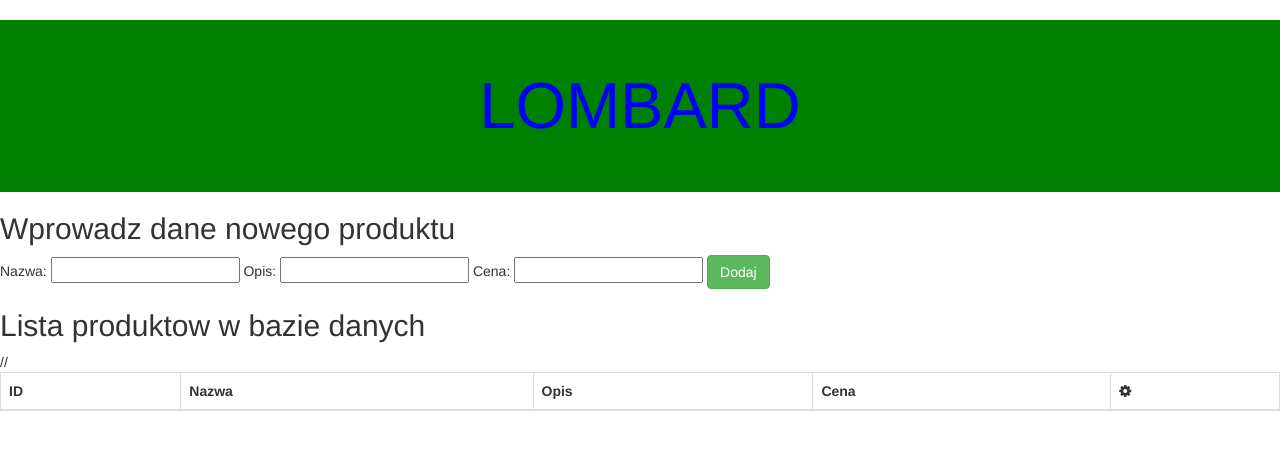
Repository: Hordix/CRUDapp
Page: Pulpit/Worspace/crudApplication1/src/main/resources/static/index.html
These files come from the project's save history. The page is drawn as it stood at one moment and after the next save; the edit follows.
The browser window is 1280 px wide. The pictures show the whole page.
The page's requests for data from a server got no answer. Some web libraries are served in a nearby version.

Above is the page before, as saved 2017-08-31 13:05:40.

### Pulpit/Worspace/crudApplication1/src/main/resources/static/index.html
<!doctype html>
<html>

<head>
     <script src="https://ajax.googleapis.com/ajax/libs/angularjs/1.5.2/angular.min.js"></script>
   <meta charset="utf-8">
  <meta name="viewport" content="width=device-width, initial-scale=1">
  <link rel="stylesheet" href="https://maxcdn.bootstrapcdn.com/bootstrap/3.3.7/css/bootstrap.min.css">
  <script src="https://ajax.googleapis.com/ajax/libs/jquery/3.2.1/jquery.min.js"></script>
  <script src="https://maxcdn.bootstrapcdn.com/bootstrap/3.3.7/js/bootstrap.min.js"></script>
  <link href="https://cdnjs.cloudflare.com/ajax/libs/font-awesome/4.4.0/css/font-awesome.min.css" rel='stylesheet' type='text/css'>

</head>

<body ng-app="myapp"  >


<div  ng-controller="HelloController">
<h1 ng-style="myObj"><center>LOMBARD</center></h1>




    <h2>Wprowadz dane nowego produktu</h2>
    <form>
        Nazwa: <input type="text" ng-model="name">
        Opis: <input type="text" ng-model="destripciton">
        Cena: <input type="number" ng-model="price">

        <button type="button" class="btn btn-success" ng-click="addProduct()">Dodaj</button>
    </form>



    <h2>Lista produktow w bazie danych</h2>

    <table class="table table-striped table-bordered table-list">
                  <thead>
                    <tr>

                        <th class="hidden-xs">ID</th>
                        <th>Nazwa</th>
                        <th>Opis</th>
                        <th>Cena</th>
                         <th><em class="fa fa-cog"></em></th>
                    </tr>
                  </thead>
                  <tbody>
                          <tr ng-repeat="product in products">

                            //<td class="hidden-xs">{{porduct.id}}</td>
                            <td ng-show="!product.edit"> {{product.name}}</td>
                            <td ng-show="!product.edit"> {{product.destripciton}}</td>
                            <td ng-show="!product.edit"> {{product.price}}</td>

                            <td ng-show="product.edit">
                            <input type="text" ng-model="product.name">
                            </td>
                            <td ng-show="product.edit">
                            <input type="text" ng-model="product.destripciton">
                            </td>
                            <td ng-show="product.edit">
                            <input type="text" ng-model="product.price">
                            </td>
                            <td align="center">
                              <a ng-show="!product.edit" ng-click="product.edit= true" class="btn btn-default"><em class="fa fa-pencil"></em></a>
                              <a ng-show="!product.edit" ng-click="deleteProduct(product.id)" class="btn btn-danger"><em class="fa fa-trash"></em></a>
                              <a ng-show="product.edit" ng-click="editProduct(product)" class="btn btn-danger"><em class="fa fa-save"></em></a>
                            </td>
                          </tr>
                        </tbody>
                </table>

</div>

<script>
    angular.module("myapp", [])



            .controller("HelloController", function ($scope, $http) {
              $scope.myObj = {
              "color" : "blue",
              "background-color" : "green",
              "font-size" : "65px",
              "padding" : "50px"
    }

            $http({
                method: 'GET',
                url: '/products'
            }).then(function (response) {
                console.log(response)
                $scope.products = response.data;
            });

//            $http({
//                method: 'GET',
//                url: '/someUrl'
//            }).then(function successCallback(response) {
//            }, function errorCallback(response) {
//            });


             $scope.edit = false;




            $scope.deleteProduct = function (id) {
                $http({
                    method: 'DELETE',
                    url: '/products/' + id
                }).then(function (response) {
                    $scope.products = $scope.products.filter(function (product) {
                        return product.id != id
                    })
                });
            }


            $scope.addProduct = function () {
                var product = {
                    name: $scope.name,
                    destripciton: $scope.destripciton,
                    price: $scope.price
                };
                $http({
                        method: 'POST',
                        url: '/products',
                        data: product
                    }
                ).then(function (response) {
                    console.log(response)
                    product.id = response.data.id;
                    $scope.products.push(product)
                });

            }
            $scope.editProduct = function (product) {
             $http({
                        method: 'PUT',
                        url: '/products/' + product.id,
                        data:  {
                    name: product.name,
                    destripciton: product.destripciton,
                    price: product.price
                }
                    }
                ).then(function (response) {

                    product.edit = false;
                });
            }


        });
</script>

</body>
</html>

After the next save:
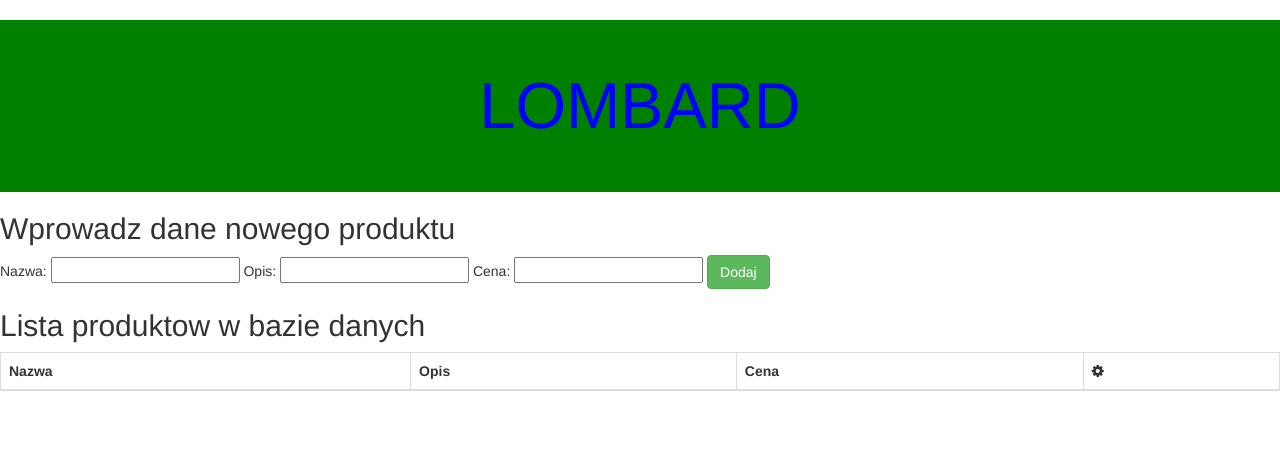
Saved 18 s later.
--- a/Pulpit/Worspace/crudApplication1/src/main/resources/static/index.html
+++ b/Pulpit/Worspace/crudApplication1/src/main/resources/static/index.html
@@ -38,7 +38,7 @@
                   <thead>
                     <tr>
 
-                        <th class="hidden-xs">ID</th>
+
                         <th>Nazwa</th>
                         <th>Opis</th>
                         <th>Cena</th>
@@ -48,7 +48,7 @@
                   <tbody>
                           <tr ng-repeat="product in products">
 
-                            //<td class="hidden-xs">{{porduct.id}}</td>
+
                             <td ng-show="!product.edit"> {{product.name}}</td>
                             <td ng-show="!product.edit"> {{product.destripciton}}</td>
                             <td ng-show="!product.edit"> {{product.price}}</td>
